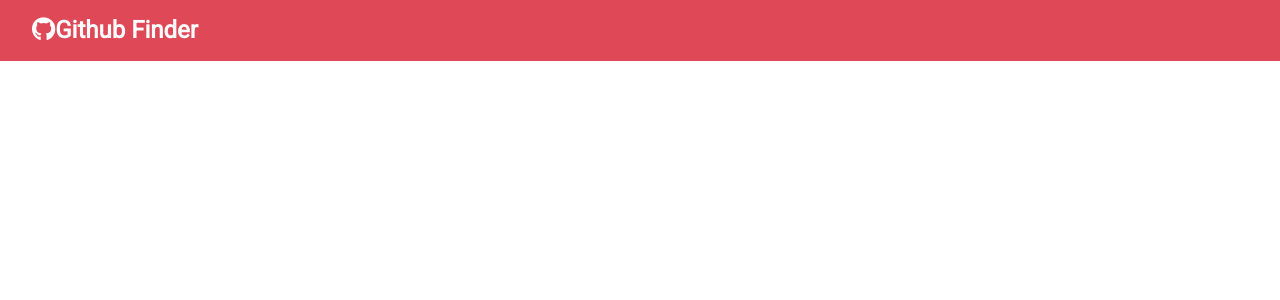
Repository: messimacky/github-finder
Page: /
These files come from the project's save history. The page is drawn as it stood at one moment and after the next save; the edit follows.
The browser window is 1280 px wide. The pictures show the whole page.
The page's requests for data from a server got no answer. Some web libraries are served in a nearby version. The project was rebuilt for these pictures with package versions that can differ from the ones it lists, and the page was loaded fresh each time. No one was signed in, and anything a server would have sent is missing. Also part of the build but not shown: src/users/UserItem.js.

Above is the page before, as saved 2022-02-22 10:35:02.

### public/index.html
<!DOCTYPE html>
<html lang="en">
  <head>
    <meta charset="utf-8" />
    <link rel="icon" href="%PUBLIC_URL%/favicon.ico" />
    <meta name="viewport" content="width=device-width, initial-scale=1" />
    <meta name="theme-color" content="#000000" />
    <meta
      name="description"
      content="Web site created using create-react-app"
    />
    <link rel="apple-touch-icon" href="%PUBLIC_URL%/logo192.png" />

    <link rel="manifest" href="%PUBLIC_URL%/manifest.json" />

    <link
    rel="stylesheet"
    href="https://use.fontawesome.com/releases/v5.8.2/css/all.css"
    integrity="sha384-oS3vJWv+0UjzBfQzYUhtDYW+Pj2yciDJxpsK1OYPAYjqT085Qq/1cq5FLXAZQ7Ay"
    crossorigin="anonymous"
  />

    <title>React App</title>
  </head>
  <body>
    <noscript>You need to enable JavaScript to run this app.</noscript>
    <div id="root"></div>
  </body>
</html>

### src/App.js
import React, { Component, Fragment } from 'react';
import Navbar from './components/layout/Navbar';
import axios from 'axios';
import Users from './users/Users';
import './App.css';


class App extends React.Component {
  state = {
    users: [],
    loading: false
  }

  async componentDidMount() {
    this.setState({ loading: true });
    const res = await axios.get('https://api.github.com/users');
    this.setState({ users: res.data, loading: false });
  }

  render() {
    const numbers = [1, 2, 3, 4];
    return (
      <div className='App'>
        <Navbar />
        <div className="container">
          <Users loading={this.state.loading} users={this.state.users} />
        </div>
      </div>
    );
  }


}

export default App;

### src/components/layout/Navbar.js
import React from 'react'
import PropTypes from 'prop-types';


const Navbar= ({icon, title}) =>{
    return (
      <nav className='navbar bg-primary'>
      <h1>
      <i className={icon} />
      {title}

      </h1>
       </nav>
    );
  }

Navbar.defaultProps={
    title: "Github Finder",
    icon:"fab fa-github"
  }

Navbar.propTypes = {
    title:PropTypes.string.isRequired,
    icon:PropTypes.string.isRequired
};
export default Navbar

### src/users/Users.js
import React, { Component } from 'react'
import UserItem from './UserItem';
import Spinner from '../components/layout/Spinner';

const Users = ({ users, loading }) => {
    return (
        <div style={userStyle}>
            {users.map(user => (
                <UserItem key={user.id} user={user} />
            ))}
        </div>
    );
}

const userStyle = {
    display: 'grid',
    gridTemplateColumns: 'repeat(3, 1fr)',
    gridGap: '1rem'
}

export default Users

### src/components/layout/Spinner.js
import React, { Fragment } from 'react'
import spinner from './spinner.gif';
const Spinner = () =>
    <Fragment>
        <img src={spinner} alt='Loading...' style={{ width: '200px', margin: 'auto', display: 'block' }} />
    </Fragment>

export default Spinner

Loaded but not shown: src/index.js (common file); src/App.css (common file)

After the next save:
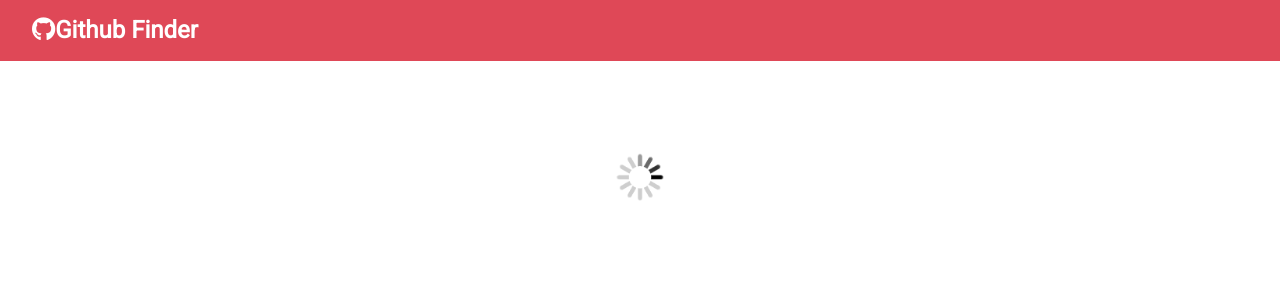
Saved 2 min 52 s later.
--- a/src/users/Users.js
+++ b/src/users/Users.js
@@ -3,14 +3,21 @@
 import Spinner from '../components/layout/Spinner';
 
 const Users = ({ users, loading }) => {
-    return (
-        <div style={userStyle}>
-            {users.map(user => (
-                <UserItem key={user.id} user={user} />
-            ))}
-        </div>
-    );
+    if (loading) {
+        return <Spinner />
+    } else {
+        return (
+            <div style={userStyle}>
+                {users.map(user => (
+                    <UserItem key={user.id} user={user} />
+                ))}
+            </div>
+        );
+    }
+
 }
+
+
 
 const userStyle = {
     display: 'grid',
